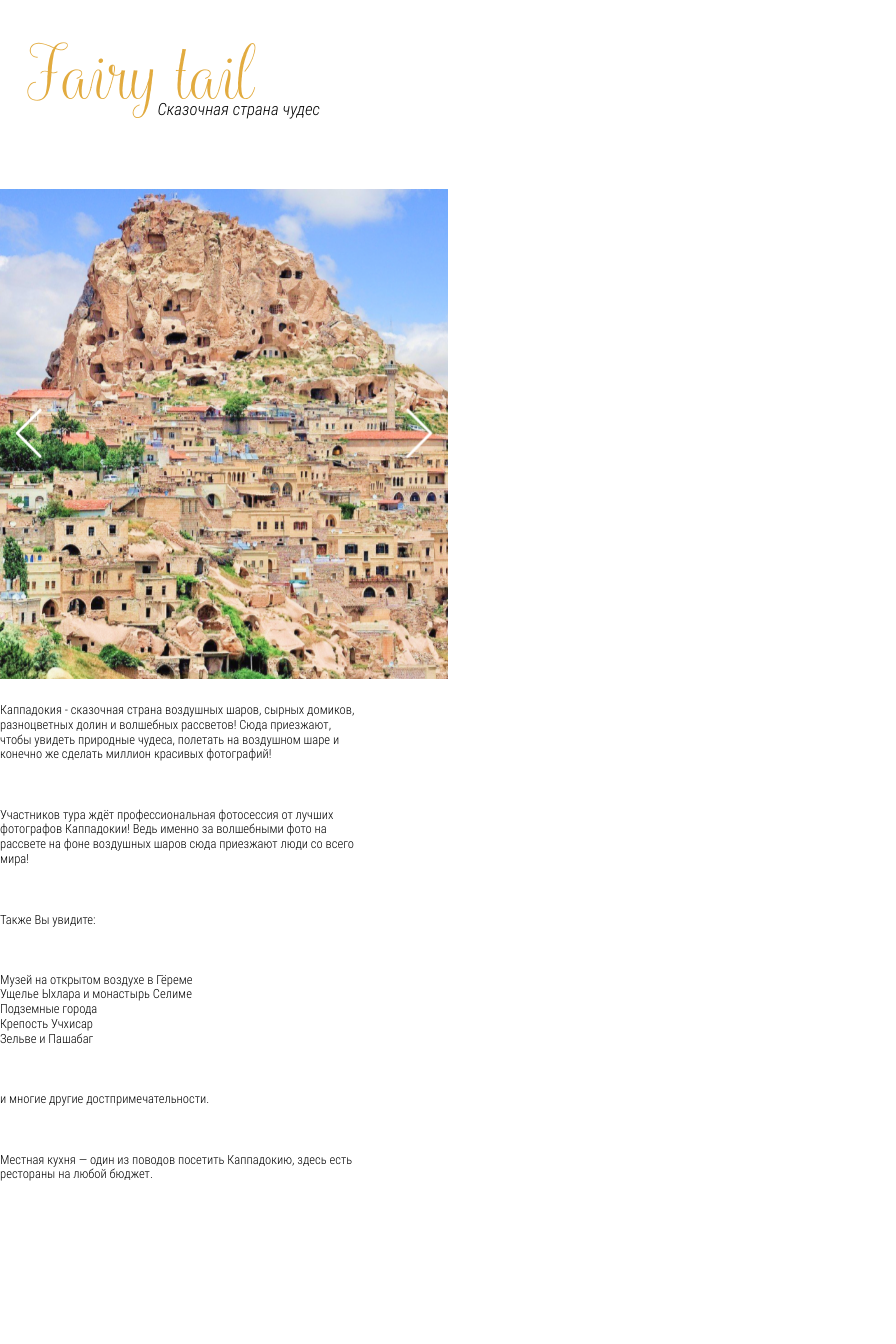
Repository: Lareeman/cappadocia
Page: index.html
The author's editor kept a copy of each file at every save. The page is drawn from the files as they stood at one save, then again after the next save.
The browser window is 1280 px wide. The pictures show the part of the page from y = 876 to 2796 px (the page is 2796 px tall before and 2403 px after), at 70% of full size.

Above is the page before, as saved 2024-01-27 13:38:57.

### index.html
<!DOCTYPE html>
<html lang="en">

<head>
  <meta charset="UTF-8">
  <meta name="viewport" content="width=device-width, initial-scale=1.0">
  <meta http-equiv="X-UA-Compatible" content="ie=edge">
  <title>Cappadocia</title>
  <link rel="stylesheet" href="css/reset.css">
  <link rel="stylesheet" href="css/slick.css">
  <link rel="stylesheet" href="css/style.css">
</head>

<body>
  <header class="header">
    <div class="container">
      <div class="header__top">
        <nav class="menu">
          <ul class="menu__list">
            <li class="menu__item"><a class="menu__link" href="#">Маршрут</a></li>
            <li class="menu__item"><a class="menu__link" href="#">Отель</a></li>
            <li class="menu__item"><a class="menu__link" href="#">Стоимость</a></li>
          </ul>
        </nav>
        <a class="header__phone" href="tel:+380665557776">+38(066)555-777-6</a>
      </div>
      <h1 class="header__title">Cappadocia<span>Эксклюзивный тур</span></h1>
    </div>
  </header>
  <section class="fairy page-section">
    <div class="container">
      <h3 class="fairy__title title">Fairy tail
        <span>Сказочная страна чудес</span>
      </h3>
    </div>
    <div class="fairy__inner">
      <div class="fairy__slider">
        <div class="fairy__item"><img src="images/fairy-1.jpg" alt=""></div>
        <div class="fairy__item"><img src="images/fairy-2.jpg" alt=""></div>
        <div class="fairy__item"><img src="images/fairy-3.jpg" alt=""></div>
      </div>
      <div class="fairy__content">
        <div class="fairy__container">
          <div class="fairy__body">
            <p class="fairy__text">
              Каппадокия - сказочная страна воздушных шаров, сырных домиков, разноцветных долин и волшебных рассветов!
              Сюда приезжают, чтобы увидеть природные чудеса, полетать на воздушном шаре и конечно же сделать миллион красивых фотографий!
            </p>
            <p class="fairy__text">
              Участников тура ждёт профессиональная фотосессия от лучших фотографов Каппадокии!
              Ведь именно за волшебными фото на рассвете на фоне воздушных шаров сюда приезжают люди со всего мира!
            </p>
            <div class="fairy__body-title">
              Также Вы увидите:
            </div>
            <ul class="fairy__list">
              <li>Музей на открытом воздухе в Гёреме</li>
              <li>Ущелье Ыхлара и монастырь Селиме</li>
              <li>Подземные города</li>
              <li>Крепость Учхисар</li>
              <li>Зельве и Пашабаг</li>
            </ul>
            <p class="fairy__text">и многие другие достпримечательности.</p>
            <p class="fairy__text">Местная кухня — один из поводов посетить Каппадокию, здесь есть рестораны на любой бюджет.</p>
          </div>
        </div>
      </div>
    </div>
  </section>



  <script src="https://ajax.googleapis.com/ajax/libs/jquery/3.4.1/jquery.min.js"></script>
  <script src="js/slick.min.js"></script>
  <script src="js/main.js"></script>
</body>

</html>

### css/style.css
:root {
  --black: #000;
  --gold: #E2AB3F;
}

@font-face {
  font-family: 'Balqis';
  src: url('../fonts/balqis.woff2');
  src: url('../fonts/balqis.woff2') format('woff2'),
    url('../fonts/balqis.woff') format('woff');

  font-style: normal;
  font-weight: 300;
  font-display: swap;
}

@font-face {
  font-family: 'RobotoCondensed-Light';
  src: url('../fonts/RobotoCondensed-Light.woff2');
  src: url('../fonts/RobotoCondensed-Light.woff2') format('woff2'),
    url('../fonts/RobotoCondensed-Light.woff') format('woff');


  font-style: normal;
  font-weight: 300;
  font-display: swap;
}

@font-face {
  font-family: 'RobotoCondensed-LightItalic';
  src: url('../fonts/RobotoCondensed-LightItalic.woff2');
  src: url('../fonts/RobotoCondensed-LightItalic.woff2') format('woff2'),
    url('../fonts/RobotoCondensed-LightItalic.woff') format('woff');
  font-style: italic;
  font-weight: 300;
  font-display: swap;
}

@font-face {
  font-family: 'RobotoCondensed-Regular';
  src: url('../fonts/RobotoCondensed-Regular.woff2');
  src: url('../fonts/RobotoCondensed-Regular.woff2') format('woff2'),
    url('../fonts/RobotoCondensed-Regular.woff') format('woff');


  font-style: 400;
  font-weight: 300;
  font-display: swap;
}

html {
  box-sizing: border-box;
}

*,
*::before,
*::after {
  box-sizing: inherit;
}

a {
  text-decoration: none;
  color: inherit;
}

ul {
  list-style-type: none;
}

body {
  color: var(--black);
  font-family: 'RobotoCondensed-Light';
  font-size: 18px;
  font-style: normal;
  font-weight: 300;
  line-height: normal;
}

.header {
  background-image: url("../images/header-bg.jpg");
  background-size: cover;
  background-repeat: no-repeat;
  background-position: bottom center;
  min-height: 100vh;
  margin-bottom: 200px;
}

.container {
  max-width: 1230px;
  padding: 0 15px;
  margin: 0 auto;
}

.page-section {
  margin-bottom: 200px;
}

.title {
  color: var(--gold);
  font-family: Balqis;
  font-size: 96px;
  font-weight: 400;
  margin-bottom: 100px;
}

.title span {
  line-height: 28px;
  font-size: 24px;
  color: var(--black);
  font-family: 'RobotoCondensed-LightItalic';
  display: block;
  margin-top: -30px;
  margin-left: 185px;
}

.header__top {
  padding: 72px 0;
  display: flex;
  justify-content: space-between;
  align-items: center;
  font-size: 24px;
  font-weight: 400;
  font-family: 'RobotoCondensed-Regular';
}

.menu__list {
  display: flex;
  gap: 0 52px;
}

.menu__link {
  transition: all .6s;
}

.menu__link:hover {
  text-decoration: underline;
  /* border-bottom: 1px solid var(--black); */
}

.header__title {
  text-align: center;
  color: var(--black);
  font-family: "Balqis", serif;
  font-size: 250px;
  font-weight: 400;
}

.header__title span {
  text-align: right;
  margin-top: -6%;
  margin-right: 8%;
  display: block;
  font-family: 'RobotoCondensed-LightItalic';
  font-size: 56px;
  font-style: italic;
  font-weight: 300;
}

.header__phone {
  padding-left: 40px;
  position: relative;
}

.header__phone::before {
  content: "";
  position: absolute;
  width: 30px;
  height: 30px;
  left: 0;
  background-image: url('../images/phone-icon.svg');
}

.fairy {}


.fairy__title {}

.fairy__inner {
  /* display: flex;
  gap: 0 55px; */
}

.fairy__slider {
  width: 50%;
}
.slick-btn{
  position: absolute;
  top: 50%;
  transform: translateY(-50%);
  background-color: transparent;
  border: none;
  z-index: 2;
  cursor: pointer;
}
.slick-prev {
  left: 0;
}
.slick-next {
  right: 0;
}
.fairy__item {}

.fairy__content {
  width: 40%;
}

.fairy__container {}

.fairy__body {
  min-height: 750px;
  display: flex;
  flex-direction: column;
  justify-content: space-around;
  align-items: flex-start;

}

.fairy__text {

}

.fairy__body-title {

  font-weight: 400;
}

.fairy__list {

}

### js/main.js
$(function () {
    $('.fairy__slider').slick({
        autoplay: true,
        autoplaySpeed: 2000,
        prevArrow: '<button type="button" class="slick-prev slick-btn"><img src="images/arrow-prev.svg" alt=""></button>',
        nextArrow: '<button type="button" class="slick-next slick-btn"> <img src="images/arrow-next.svg" alt=""></button>',

    });
});

Loaded but not shown: css/reset.css (common file); css/slick.css (common file); js/slick.min.js (library)

After the next save:
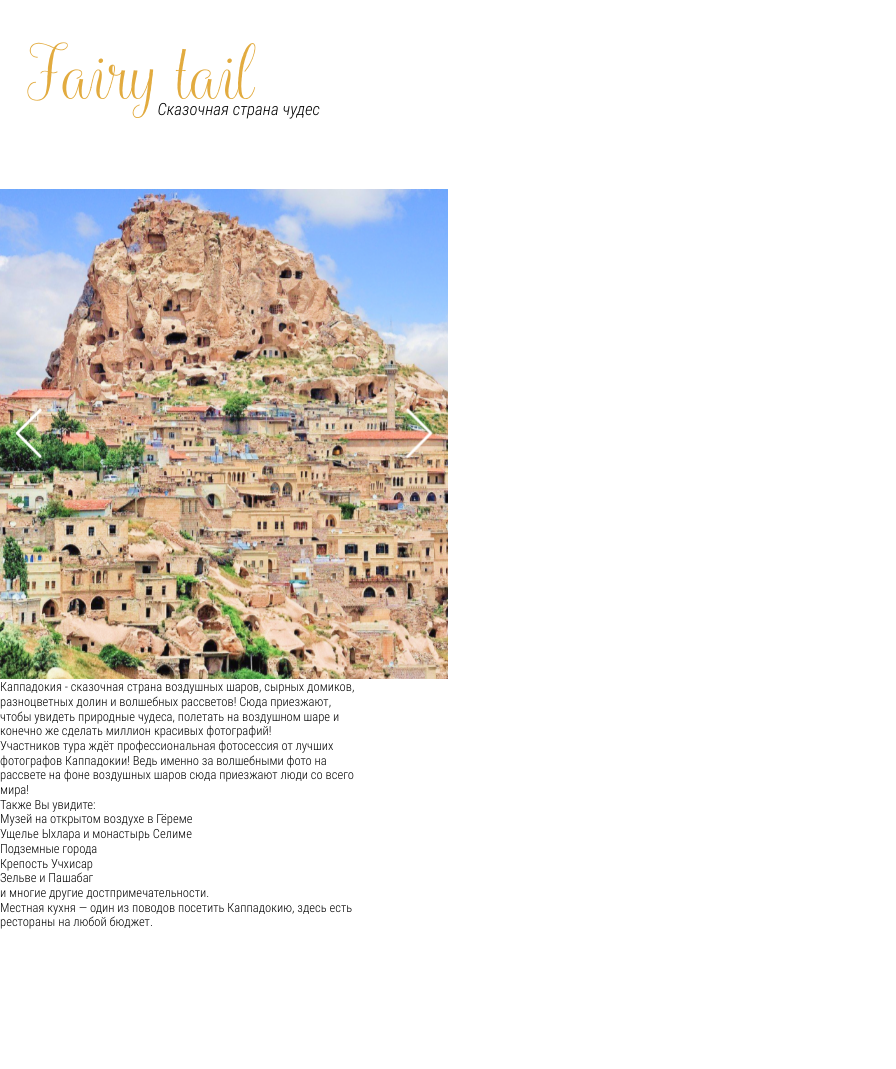
Saved 8 min 53 s later.
--- a/css/style.css
+++ b/css/style.css
@@ -207,11 +207,11 @@ body {
 .fairy__container {}
 
 .fairy__body {
-  min-height: 750px;
+  /* min-height: 750px;
   display: flex;
   flex-direction: column;
   justify-content: space-around;
-  align-items: flex-start;
+  align-items: flex-start; */
 
 }
 
